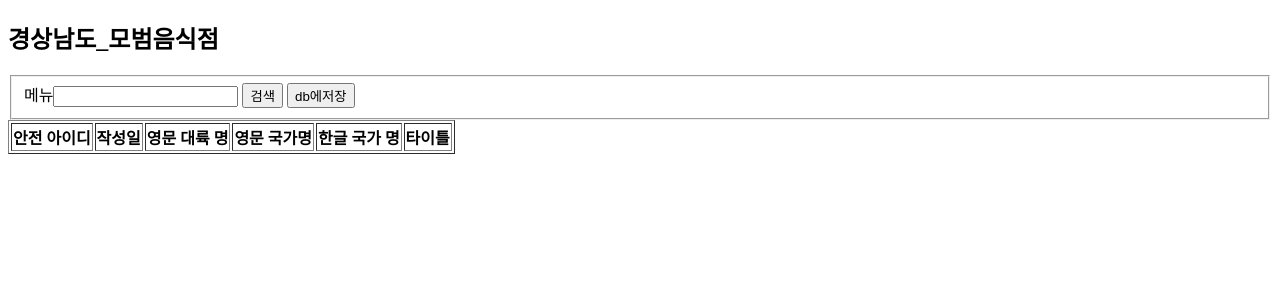
Repository: Sewoong-Lee/jsp
Page: http://localhost/jsp01/foodapi/foodlist.jsp
The author's editor kept a copy of each file at every save. The page is drawn from the files as they stood at one save, then again after the next save.
The browser window is 1280 px wide. The pictures show the whole page.
The page is served by Tomcat 9. Other server files are loaded and not shown.

Above is the page before, as saved 2021-06-28 11:07:18.

### source/jsp01/WebContent/foodapi/foodlist.jsp
<%@ page language="java" contentType="text/html; charset=UTF-8"
    pageEncoding="UTF-8"%>
<%@taglib prefix="c" uri="http://java.sun.com/jsp/jstl/core" %>
<!-- contextpath 변수 생성 -->
<c:set var="path" value="${pageContext.request.contextPath}"/>
<!DOCTYPE html>
<html>
<head>
<meta charset="UTF-8">
<title>Insert title here</title>
</head>
<body>
	<h2>경상남도_모범음식점</h2>

	<form action="${path}/list.country">
		<fieldset>
			메뉴<input type="text" name="menuname" >
			<button>검색</button>
			<button onclick="location.href='${path}/add.country'">db에저장</button>
		</fieldset>
	</form>
	<table border="1">
			<tr>
				<th>안전 아이디</th>
				<th>작성일</th>
				<th>영문 대륙 명</th>
				<th>영문 국가명</th>
				<th>한글 국가 명</th>
				<th>타이틀</th>
				<!-- <th>HTML원본 내용</th> -->
				<!-- <th>파일 다운로드</th> -->
			</tr>
		<c:forEach var="clist" items="${clist}">
			<tr>
				<td>${clist.SFTY_NOTICE_ID}</td>
				<td>${clist.WRT_DT}</td>
				<td>${clist.CONTINENT_ENG_NM}</td>
				<td>${clist.COUNTRY_ENG_NM}</td>
				<td>${clist.COUNTRY_NM}</td>
				<td> <a href="${path}/detail.country?sfty_notice_id=${clist.SFTY_NOTICE_ID}">${clist.TITLE}</a> </td>
				<%-- <td>${clist.HTML_ORIGIN_CN}</td> --%>
				<%-- <td><a href="${clist.file_download_url}">${clist.file_path}</a></td> --%>
			</tr>
		</c:forEach>
	</table>
</body>
</html>

After the next save:
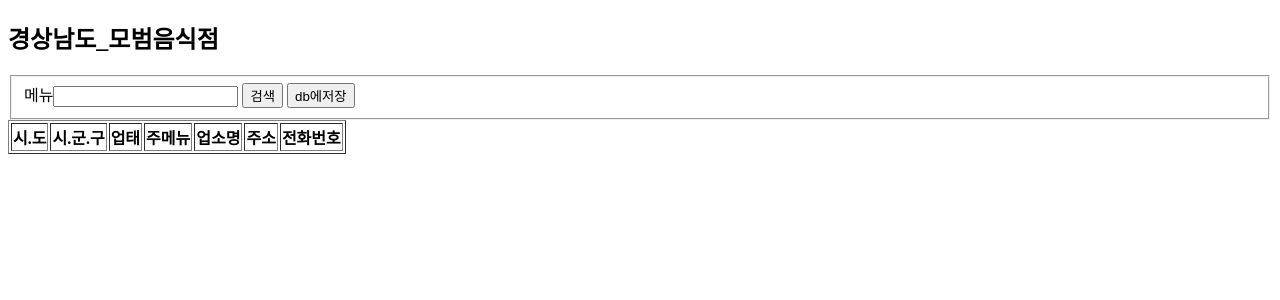
Saved 2 min 32 s later.
--- a/source/jsp01/WebContent/foodapi/foodlist.jsp
+++ b/source/jsp01/WebContent/foodapi/foodlist.jsp
@@ -12,34 +12,30 @@
 <body>
 	<h2>경상남도_모범음식점</h2>
 
-	<form action="${path}/list.country">
+	<form action="${path}/list.food">
 		<fieldset>
 			메뉴<input type="text" name="menuname" >
 			<button>검색</button>
-			<button onclick="location.href='${path}/add.country'">db에저장</button>
+			<button onclick="location.href='${path}/add.food'">db에저장</button>
 		</fieldset>
 	</form>
 	<table border="1">
 			<tr>
-				<th>안전 아이디</th>
-				<th>작성일</th>
-				<th>영문 대륙 명</th>
-				<th>영문 국가명</th>
-				<th>한글 국가 명</th>
-				<th>타이틀</th>
-				<!-- <th>HTML원본 내용</th> -->
-				<!-- <th>파일 다운로드</th> -->
+				<th>시.도</th>
+				<th>시.군.구</th>
+				<th>업태</th>
+				<th>주메뉴</th>
+				<th>업소명</th>
+				<th>주소</th>
+				<th>전화번호</th>
 			</tr>
-		<c:forEach var="clist" items="${clist}">
+		<c:forEach var="jlist" items="${jlist}">
 			<tr>
-				<td>${clist.SFTY_NOTICE_ID}</td>
-				<td>${clist.WRT_DT}</td>
-				<td>${clist.CONTINENT_ENG_NM}</td>
-				<td>${clist.COUNTRY_ENG_NM}</td>
-				<td>${clist.COUNTRY_NM}</td>
-				<td> <a href="${path}/detail.country?sfty_notice_id=${clist.SFTY_NOTICE_ID}">${clist.TITLE}</a> </td>
-				<%-- <td>${clist.HTML_ORIGIN_CN}</td> --%>
-				<%-- <td><a href="${clist.file_download_url}">${clist.file_path}</a></td> --%>
+				<td>${jlist.SFTY_NOTICE_ID}</td>
+				<td>${jlist.WRT_DT}</td>
+				<td>${jlist.CONTINENT_ENG_NM}</td>
+				<td>${jlist.COUNTRY_ENG_NM}</td>
+				<td>${jlist.COUNTRY_NM}</td>
 			</tr>
 		</c:forEach>
 	</table>
